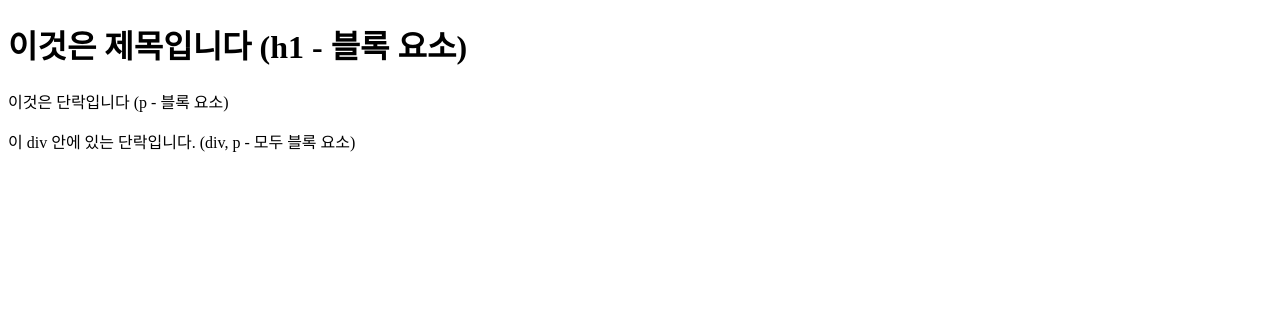
Repository: Junvelop/hkdevelope
Page: Downloads/back_end_edu20240624-master (1)/front_end_20240627/src/main/webapp/html2_블럭요소와인라인요소.html
The author's editor kept a copy of each file at every save. The page is drawn from the files as they stood at one save, then again after the next save.
The browser window is 1280 px wide. The pictures show the whole page.

Above is the page before, as saved 2024-08-12 01:32:31.

### Downloads/back_end_edu20240624-master (1)/front_end_20240627/src/main/webapp/html2_블럭요소와인라인요소.html
<!DOCTYPE html>
<html lang="en">
<head>
    <meta charset="UTF-8">
    <meta name="viewport" content="width=device-width, initial-scale=1.0">
    <title>블록 요소 예시</title>
</head>
<body>
    <h1>이것은 제목입니다 (h1 - 블록 요소)</h1>
    <p>이것은 단락입니다 (p - 블록 요소)</p>
    <div>
        <p>이 div 안에 있는 단락입니다. (div, p - 모두 블록 요소)</p>
    </div>
</body>
</html>

After the next save:
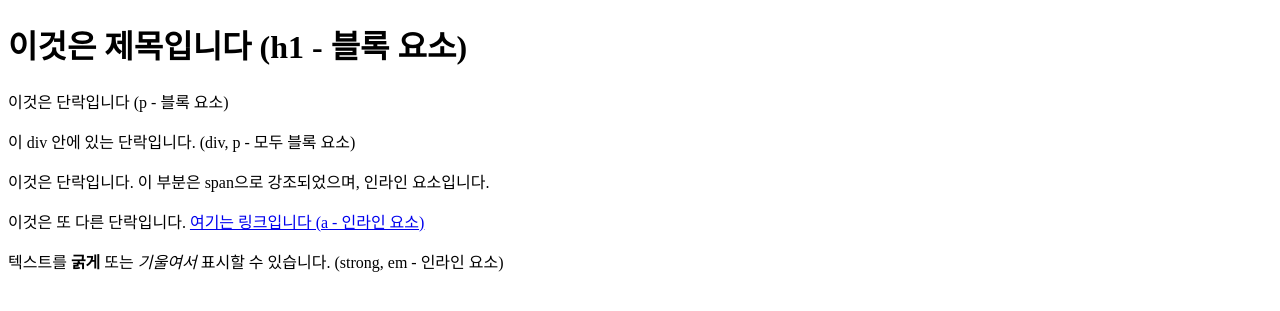
Saved 35 min 38 s later.
--- a/Downloads/back_end_edu20240624-master (1)/front_end_20240627/src/main/webapp/html2_블럭요소와인라인요소.html
+++ b/Downloads/back_end_edu20240624-master (1)/front_end_20240627/src/main/webapp/html2_블럭요소와인라인요소.html
@@ -10,6 +10,9 @@
     <p>이것은 단락입니다 (p - 블록 요소)</p>
     <div>
         <p>이 div 안에 있는 단락입니다. (div, p - 모두 블록 요소)</p>
+        <p>이것은 단락입니다. <span>이 부분은 span으로 강조되었으며, 인라인 요소입니다.</span></p>
+    <p>이것은 또 다른 단락입니다. <a href="#">여기는 링크입니다 (a - 인라인 요소)</a></p>
+    <p>텍스트를 <strong>굵게</strong> 또는 <em>기울여서</em> 표시할 수 있습니다. (strong, em - 인라인 요소)</p>
     </div>
 </body>
 </html>
